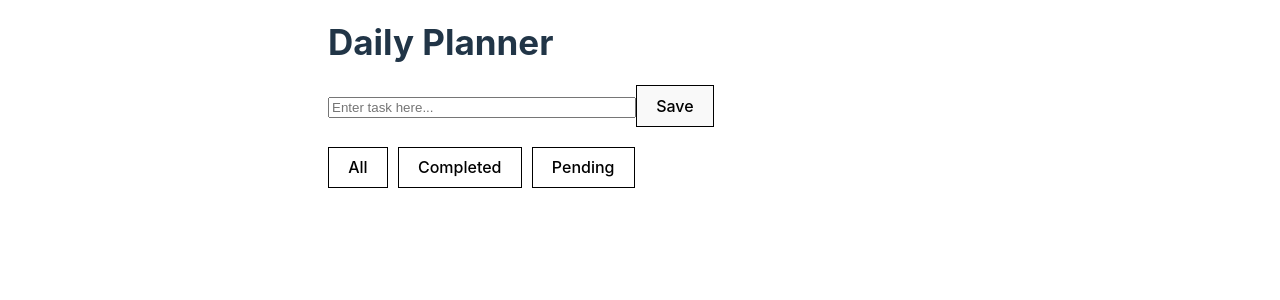
Repository: leslie179/lab4
Page: / (app in lab4/)
The author's editor kept a copy of each file at every save. The page is drawn from the files as they stood at one save, then again after a run of saves.
The browser window is 1280 px wide. The pictures show the whole page.
The project was rebuilt for these pictures with package versions that can differ from the ones it lists, and the page was loaded fresh each time. Also part of the build but not shown: lab4/vite.config.js, lab4/src/components/Task.jsx.

Above is the page before, as saved 2024-10-27 18:27:50.

### lab4/src/App.jsx
import { useState } from 'react'
import './App.css'

import Task from './components/Task'
import TaskForm from './components/TaskForm'

function App() {
  const [tasks, setTasks] = useState([])
  const [filter, setFilter] = useState("All")
  return (
    <div>
      <h1>Daily Planner</h1>
      <TaskForm setTasks={setTasks}/>
      <button className="filter-button" onClick={() => setFilter("All")}>All</button>
      <button className="filter-button" onClick={() => setFilter("Completed")}>Completed</button>
      <button className="filter-button" onClick={() => setFilter("Pending")}>Pending</button>
      <ul>
        {tasks && tasks.filter((task) => {
          if (filter === "All") {
            return true
          } else if (filter === "Completed") {
            return task.completed
          } else if (filter === "Pending") {
            return !task.completed
          }

          return true // not really necessary
        }).map((task, i) => {
          return <Task task={task} setTasks={setTasks} index={i} />
        })}
      </ul>

    </div>
  )
}

export default App

### lab4/src/App.css
#root {
  max-width: 1280px;
  text-align: left;
  padding-left: 20rem;
}

h1{
  font-size: 35px;
}

.filter-button{
  border: 1px solid black;
  background-color: white;
  margin-right: 10px;
  margin-top: 20px;
  border-radius: 0px;
}

.save{
  background-color: #00800;
  border-radius: 0px;
  border: 1px solid black;
}

.input{
width:300px;
}

.read-the-docs {
  color: #888;
}

### lab4/src/components/TaskForm.jsx
import { useState } from "react"

function TaskForm({ setTasks }) {
    const [currentTask, setCurrentTask] = useState()
    const save = () => {
        setTasks((currentTasks) => { // trick to get current state
            // im just naming it tmp for temporary
            const tmpTasks = [...currentTasks] // deep copy (tmpTasks is just a copy of currentTasks cause you cant just copy an array)
            tmpTasks.push({ task: currentTask, completed: false })
            return tmpTasks
        })
        setCurrentTask("")
    }
    // the onChange is a function that runs everytime the input text changes
    // everytime the input text changes update the state with the value of the text input
    return <div>
        <input className="input" type="text" onChange={(e) => setCurrentTask(e.target.value)} placeholder="Enter task here..."/>
        <button className="save" onClick={() => save()}>Save</button>
    </div>
}

export default TaskForm

Loaded but not shown: lab4/index.html (common file); lab4/src/main.jsx (common file); lab4/src/index.css (common file)

After the next 2 saves:
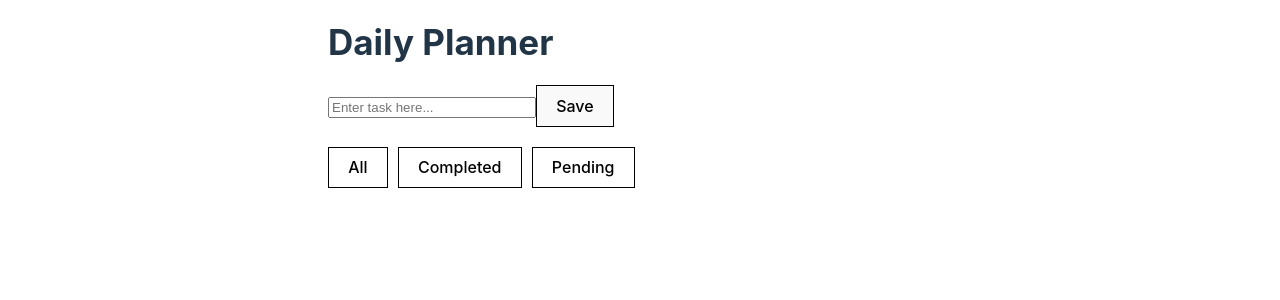
The 2 saves are shown as one change because they came seconds apart.
The last was saved 34 s later.
--- a/lab4/src/App.css
+++ b/lab4/src/App.css
@@ -23,7 +23,7 @@ h1{
 }
 
 .input{
-width:300px;
+width:200px;
 }
 
 .read-the-docs {
